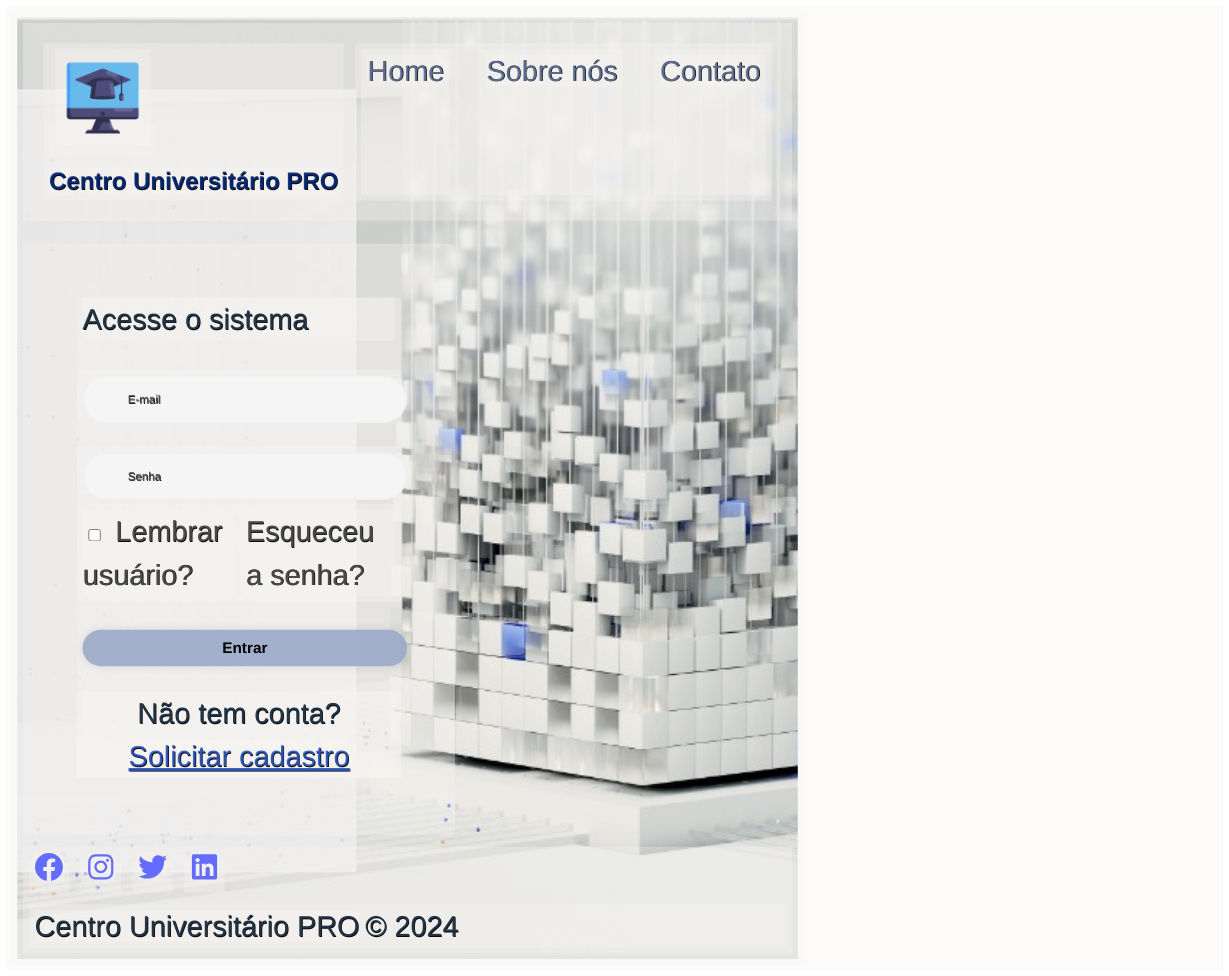
Repository: DanuziaRA/Cadastros-de-Usuarios
Page: /
The author's editor kept a copy of each file at every save. The page is drawn from the files as they stood at one save, then again after the next save.
The browser window is 1280 px wide. The pictures show the whole page, at 96% of full size.
The project was rebuilt for these pictures with package versions that can differ from the ones it lists, and the page was loaded fresh each time. Also part of the build but not shown: vite.config.js, src/components/Footer.css, src/router/Contact.jsx, src/router/ErrorPage.jsx, src/router/ContactDetails.jsx, src/router/Company.jsx, src/router/Forget.jsx, src/router/Cadastro.jsx.

Above is the page before, as saved 2024-10-01 12:47:43.

### src/main.jsx
import { StrictMode } from 'react'
import { createRoot } from 'react-dom/client'
import App from './App.jsx'
import './index.css'

import {createBrowserRouter, RouterProvider,Navigate} from 'react-router-dom';

  import Contact from './router/Contact.jsx';
  import ErrorPage from './router/ErrorPage.jsx';
  import ContactDetails from './router/ContactDetails.jsx';
  import Login from './router/Login.jsx';
  import Company from './router/Company.jsx';
  import Forget from './router/Forget.jsx';
  import Cadastro from './router/Cadastro.jsx';


  const router = createBrowserRouter([
        {
      path: "/",
      element: <App/>,
      errorElement: <ErrorPage />,
      children: [
        {
          path: "/",
          element:<Login />,
        },
        {
          path: "empresa",
          element:<Company />,
        },
        {
          path: "contact",
          element:<Contact />,
        },
        //Nested routes - identificando unico
        {
          path: "/contact/:id",
          element: <ContactDetails />,
        },
        {
          path: "forget",
          element: <Forget />,
        },
        {
          path: "cadastro",
          element: <Cadastro />,
        },
        //Navigate para página não existentes
        {
          path: "oldcontact",
          element: <Navigate to="/contact" />,
        },
      ],
    },
    ]);


createRoot(document.getElementById('root')).render(
  <StrictMode>
    <RouterProvider router={router} />
    </StrictMode>,
);

### src/App.jsx
import './App.css'

import { Outlet } from 'react-router-dom';
import Navbar from './components/Navbar';
import Footer from './components/Footer'


function App() {
  return (
      <div className='App'>
        <Navbar />
        <h1></h1>
        <Outlet />
        <Footer />
    </div>
  );
}

export default App;

### src/router/Login.jsx
import { useState } from "react";

import "./Login.css";

const Login = () => {

const [username, setUsername] = useState("");
const [password, setpassword] = useState("");

const handleSubmit = (event) => {
event.preventDefault();

alert("Enviando os dados");

console.log("teste", username,password);
console.log("Envio");
};

    return (

    <div className="container">
        <form onSubmit={handleSubmit}>
            <p>Acesse o sistema</p>
            <div className="input-field">
            <input type="email"
            placeholder = "E-mail"
            required
            onChange={(e) => setUsername(e.target.value)}/>
            </div>
            <div className="input-field">
            <input type="password"
            placeholder = "Senha"
            required
            onChange={(e) => setpassword(e.target.value)}/>
            </div>

            <div className="recall-forget">
                <label>
                    <input type="checkbox" />
                    Lembrar usuário?
                    </label>
                <a href="/forget"> Esqueceu a senha?</a>
                </div>

            <button>Entrar</button>
            <div className="signup-link">
                <p>Não tem conta? <a href="contact/:id">Solicitar cadastro</a></p>
            </div>
        </form>
        </div>
    )
}

export default Login

### src/App.css
* {
  box-sizing: border-box;
  margin: 6px;
  padding: 0px;
  font-family: Helvetica;
  font-size: 30px;
  text-shadow: #0d0d0d 0.7px 0.7px;
  background-color:rgba(246, 243, 241, 0.342);
}
.App{
  display: flex;
  flex-direction: column;
  flex-grow: 1;
  justify-content: center;
  align-items: left;
  background-image: url("src/assets/fundo cadastro.jpg");
  background-size: cover;
  background-position: center;
  }

### src/components/Navbar.jsx
import { Link } from "react-router-dom"
import logo from './../assets/LOGO novo.png'
import { Component } from "react";
import './Navbar.css';


const Navbar = () => {
    return (
    <nav className="navbar">
        <div className="navbar-logo">
        <Link to="/">
            <img src={logo} alt=""/>
            </Link>
            <h1>Centro Universitário PRO</h1>
            </div>
            <ul className="navbar-links">
            <li><a href="/">Home</a></li>
            <li><a href="/Company">Sobre nós</a></li>
            <li><a href= "/Contact">Contato</a></li>
            </ul>
    </nav>
    )
}

export default Navbar

### src/components/Footer.jsx
import { FaFacebook, FaInstagram,FaTwitter,FaLinkedin } from "react-icons/fa"
import { Link } from "react-router-dom";
import './Footer.css';

function Footer(){
    return (
        <nav>
            <Link to="https://www.facebook.com/?locale=pt_BR">
            < FaFacebook alt=""/>
            </Link>
            <Link to="https://www.instagram.com/">
            < FaInstagram alt=""/>
            </Link>
            <Link to="/">
            < FaTwitter alt=""/>
            </Link>
            <Link to="https://www.linkedin.com.br">
            < FaLinkedin alt=""/>
            </Link>
            <p><span>Centro Universitário PRO</span>&copy; 2024</p>
            </nav>


    );

}
export default Footer

### src/router/Login.css
.input-field input{
    width: 50%;
    height: 70%;
    background-color: #f5f5f5;
    outline: none;
    border: 2px solid rgba(224, 222, 222, 0.2);
    border-radius: 40px;
    font-size: 16px;
    color: #070000;
    padding: 10px 20px;
}
.input-field input::placeholder{
color: #494949;
}

.container .recall-forget{
display: left;
justify-content: space-between;
font-size: 15px;
margin: -px 0 20px;
}
.recall-forget label{
color: #494949;
}
.recall-forget input{
margin-right: 5px;
}
.recall-forget a, .signup-link p a{
color: #494949;
text-decoration: none;
}
.recall-forget a:hover, .signup-link p a{
text-decoration: underline;
}
.container button{
width: 23%;
height: 500%;
font-size: 16px;
padding: 10px 20px;
background-color:#9aa8c8e1;
border: none;
outline: none;
border-radius: 500px;
box-shadow: 0 0 10px rgba(0,0,0,0.1);
cursor: pointer;
font-weight: 600;
text-shadow: none;
}
.container .signup-link{
font-size: 15px;
text-align: left;
margin: 20px 0 10px;
}
.signup-link p a{
color:#2d5ac4e1;
}

### src/router/Cadastro.css
.container{
    width: 450px;
    border: 10px sold rgba (247,247,247, 0.40);
    padding: 50px;
    border-radius: 5px;
}

.container h1{
    text-align: left;
    font-size: 23px;
    color: #4d77dbe1;
    }
    .container h2{
        text-align: left;
        font-size: 18px;
        color: #111112e1;
        }
.container .input-field{
    position: relative;
    width: 100%;
    height: 50px;
    margin: 30px auto;
}
    .input-field input{
        width: 100%;
        height: 100%;
        background-color: #f5f5f5;
        outline: none;
        border: 2px solid rgba(224, 222, 222, 0.2);
        border-radius: 40px;
        font-size: 12px;
        color: #070000;
        padding: 20px 45px;
    }
.input-field input::placeholder{
    color: #494949;
}
.input-field .icon{
    position: absolute;
    right: 25px;
    top: 50%;
    transform: translateY(-50%);
    font-size: 18px;
    color: #494949;
}
.container .recall-forget{
    display: flex;
    justify-content: space-between;
    font-size: 15px;
    margin: -20px 0 20px;
}
.recall-forget label{
    color: #494949;
}
.recall-forget input{
    margin-right: 15px;
}
.recall-forget a, .signup-link p a{
    color: #494949;
    text-decoration: none;
}
.recall-forget a:hover, .signup-link p a{
    text-decoration: underline;
}
.container button{
    width: 100%;
    height: 500%;
    font-size: 16px;
    padding: 10px 20px;
    background-color:#9aa8c8e1;
    border: none;
    outline: none;
    border-radius: 500px;
    box-shadow: 0 0 10px rgba(0,0,0,0.1);
    cursor: pointer;
    font-weight: 600;
    text-shadow: none;
}
.container .signup-link{
    font-size: 15px;
    text-align: center;
    margin: 20px 0 10px;
}
.signup-link p a{
    color:#2d5ac4e1;
}

### src/components/Navbar.css
.navbar{
    display: flex;
    justify-content: space-between;
    padding: 15px;
    align-items: left;
}
.navbar-logo h1{
    color: #06297ae1;
    font-size: 25px;
    align-items: center;


}
.navbar-links {
list-style-type: none;
display: flex;
gap: 20px;
align-items: left;

}
.navbar li{
    display: inline;
    }
.navbar-links li a {
    color: #67789ee1;
    text-decoration: none;
}
.navbar-links li a:hover{
    color:#ddd;
}

Loaded but not shown: index.html (common file); src/index.css (common file)

After the next save:
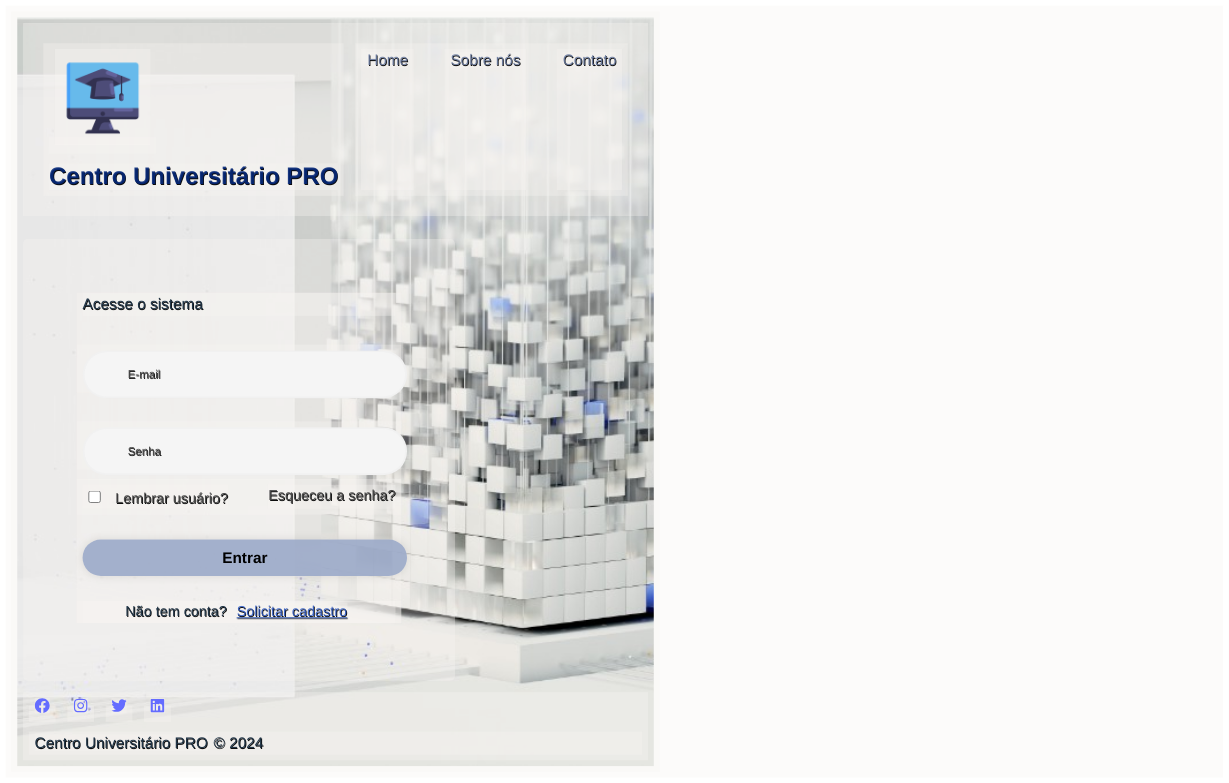
Saved 5 s later.
--- a/src/App.css
+++ b/src/App.css
@@ -3,7 +3,7 @@
   margin: 6px;
   padding: 0px;
   font-family: Helvetica;
-  font-size: 30px;
+  font-size: px;
   text-shadow: #0d0d0d 0.7px 0.7px;
   background-color:rgba(246, 243, 241, 0.342);
 }
